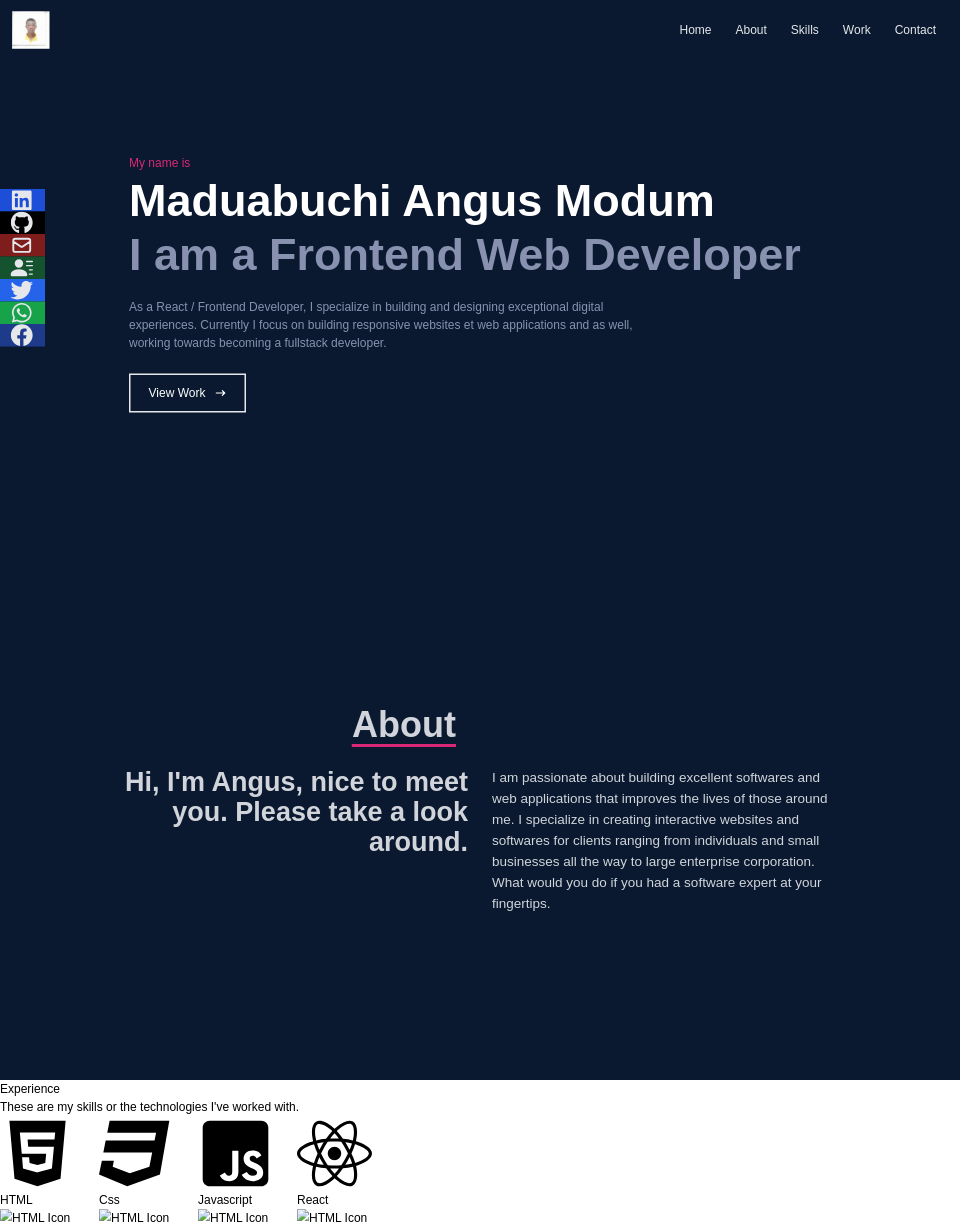
Repository: AngusOnyebuchi/Dashboard
Page: /
An editor plug-in stored every save of this project. The page is shown before and after the next save, followed by the edit.
The browser window is 1280 px wide. The pictures show the whole page, at 75% of full size.
The project was rebuilt for these pictures with package versions that can differ from the ones it lists, and the page was loaded fresh each time.

Above is the page before, as saved 2022-04-14 12:24:02.

After the next save:
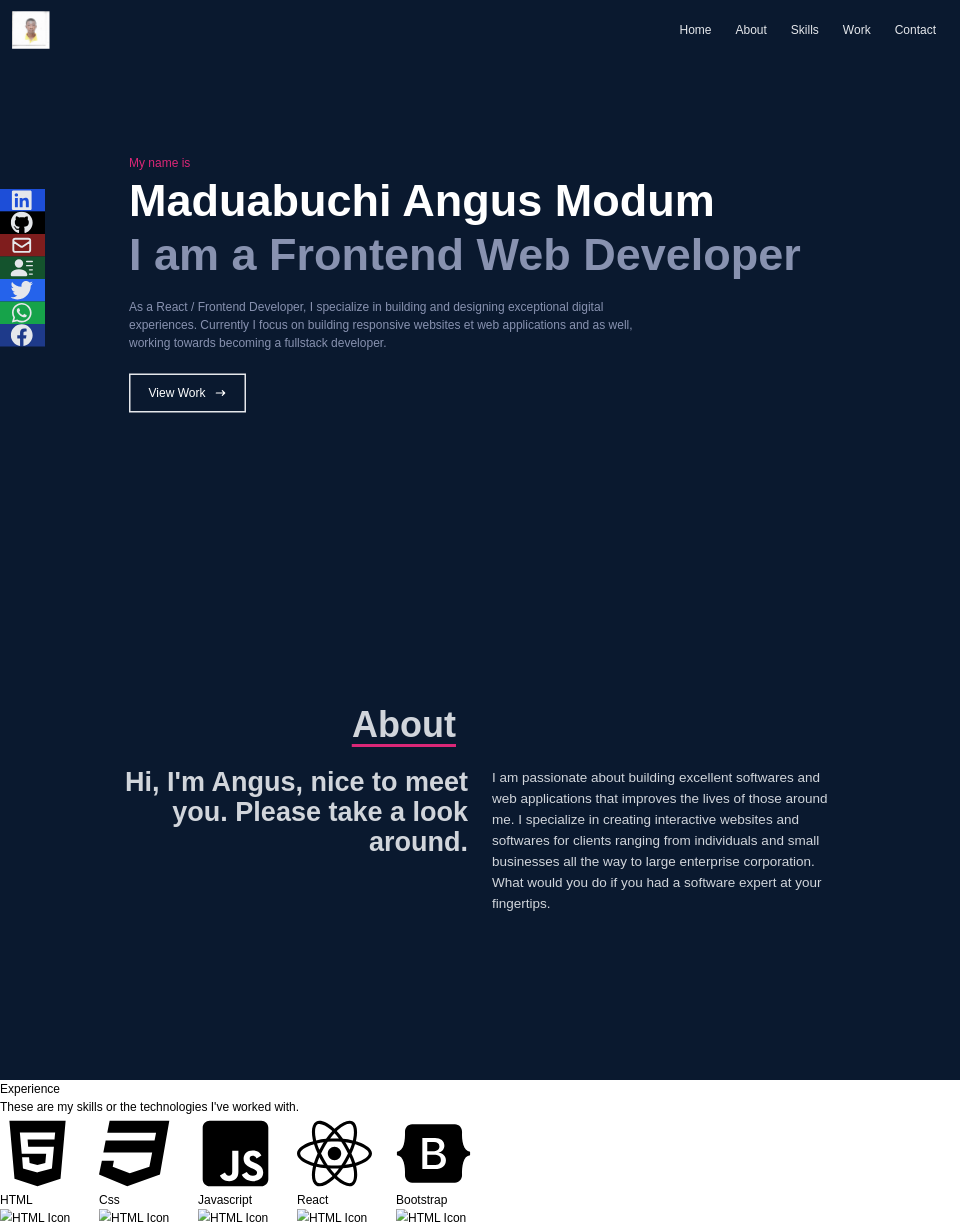
Saved 31 s later.
--- a/src/components/Skills.js
+++ b/src/components/Skills.js
@@ -28,6 +28,10 @@ export default function Skills() {
                         <FaReact size={100}/> <p>React</p>
                         <img src={FaHtml5} alt="HTML Icon"/>
                     </div>
+                    <div>
+                        <FaBootstrap size={100}/> <p>Bootstrap</p>
+                        <img src={FaHtml5} alt="HTML Icon"/>
+                    </div>
                 </div>
             </div>
         </div>
